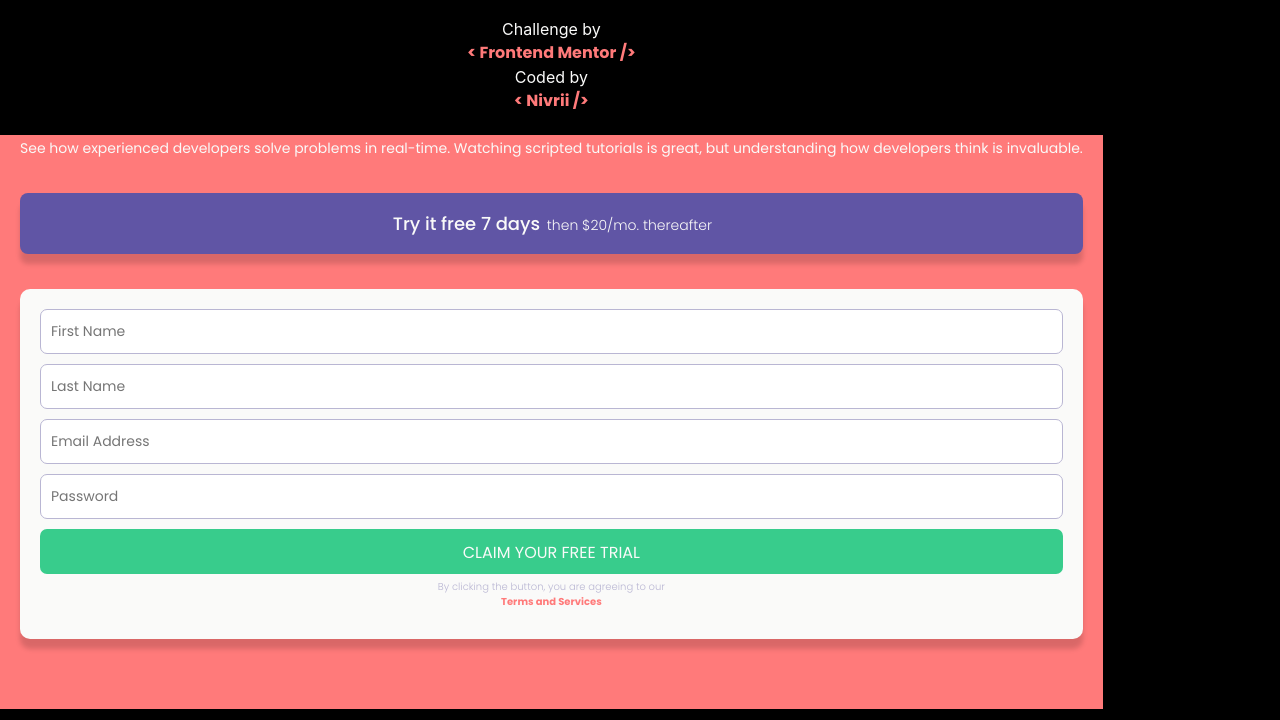
Repository: nivrii/intro-component-with-signup
Page: /
These files come from the project's save history. The page is drawn as it stood at one moment and after the next save; the edit follows.
The browser window is 1280 px wide. The pictures show the whole page.
The project was rebuilt for these pictures with package versions that can differ from the ones it lists, and the page was loaded fresh each time. Also part of the build but not shown: vite.config.js.

Above is the page before, as saved 2023-10-14 14:09:18.

### src/App.jsx
import { Footer } from './Footer/Footer';
import { Form } from './Form/Form';
import { Card } from './Card/Card';
import { Content } from './Content/Content';
import "./App.css";

function App() {

  return (
    <div className='UI'>
      <div className="container">
        <Content     />
        <Card     />
        <Form   />
      </div>
      <div className="close success">
        <h4>Thank you for signing up!</h4>
        <p>

        </p>
      </div>
      <Footer    />
    </div>
  );
}

export default App;

### src/Footer/Footer.jsx
import "./Footer.css";
export function Footer() {
  const frontend = '< Frontend Mentor />';
  const coder = "< Nivrii />";
  return (
    <footer>
      <p className="attribution">
        Challenge by{" "}
        <a
          href="https://www.frontendmentor.io?ref=challenge"
          target="_blank"
          rel="noreferrer"
        >
          {frontend}
        </a>
         Coded by{" "}
        <a href="https://github.com/nivrii/intro-component-with-signup">
          {coder}
        </a>
      </p>
    </footer>
  );
}

### src/Form/Form.jsx
import "./Form.css";
import { useState } from "react";
import errorIcon from "../../public/images/icon-error.svg";

export function Form() {
  const [fName, setFName] = useState("");
  const [lName, setLName] = useState("");
  const [email, setEmail] = useState("");
  const [password, setPassword] = useState("");

  const [fNameEmpty, setFNameEmpty] = useState(false);
  const [lNameEmpty, setLNameEmpty] = useState(false);
  const [emailEmpty, setEmailEmpty] = useState(false);
  const [passEmpty, setPassEmpty] = useState(false);

  const handleFirstName = (e) => {
    e.preventDefault();
    let value = e.target.value;
    value === "" ? setFNameEmpty(true) : setFNameEmpty(false);
    setFName(value);
  };
  const handleLastName = (e) => {
    e.preventDefault();
    let value = e.target.value;
    value === "" ? setLNameEmpty(true) : setLNameEmpty(false);
    setLName(value);
  };
  const handleEmail = (e) => {
    e.preventDefault();
    let value = e.target.value;
    value === "" ? setEmailEmpty(true) : setEmailEmpty(false);
    setEmail(value);
  };
  const handlePassword = (e) => {
    e.preventDefault();
    let value = e.target.value;
    value === "" ? setPassEmpty(true) : setPassEmpty(false);

    setPassword(value);
  };
  const handleSubmit = (e) => {
    e.preventDefault();
    if (fName === "") {
      setFNameEmpty(true);
      document.querySelector(".fName-input").classList.add("input-error");
      return
    }
    if (lName === "") {
      setLNameEmpty(true);
      document.querySelector(".lName-input").classList.add("input-error");
      return
    }
    if (email === "") {
      setEmailEmpty(true);
      document.querySelector(".email-input").classList.add("input-error");
      return
    }
    if (password === "") {
      setPassEmpty(true);
      document.querySelector(".password-input").classList.add("input-error");
      return
    }
     else {
      setFName("");
      setEmail("");
      setLName("");
      setPassword("");
      document.querySelector(".container").classList.add("close")
      document.querySelector(".success").classList.remove("close")
    }
    console.log(fName, lName, email, password)
  };

  return (
    <form action="submit" className="form" onSubmit={(e) => e.preventDefault()}>
      <div className="input-enclose">
        {fNameEmpty && (
          <img src={errorIcon} alt="error-icon" className="error-icon" />
        )}
        <input
          type="text"
          placeholder="First Name"
          value={fName}
          className="input fName-input"
          onChange={(e) => handleFirstName(e)}
          onKeyDown={() =>
            document
              .querySelector(".fName-input")
              .classList.remove("input-error")
          }
        />
        <div className="err-enclose">
          {fNameEmpty && (
            <div className=" err err-fName">First Name Cannot Be Empty</div>
          )}
        </div>
      </div>

      <div className="input-enclose">
        {lNameEmpty && (
          <img src={errorIcon} alt="error-icon" className="error-icon" />
        )}
        <input
          type="text"
          placeholder="Last Name"
          value={lName}
          className="input lName-input"
          onChange={(e) => handleLastName(e)}
          onKeyDown={() =>
            document
              .querySelector(".lName-input")
              .classList.remove("input-error")
          }
        />
        <div className="err-enclose">
          {lNameEmpty && (
            <div className=" err err-lName">Last Name Cannot Be Empty</div>
          )}
        </div>
      </div>

      <div className="input-enclose">
        {emailEmpty && (
          <img src={errorIcon} alt="error-icon" className="error-icon" />
        )}
        <input
          type="email"
          placeholder="Email Address"
          value={email}
          className="input email-input"
          onChange={(e) => handleEmail(e)}
          onKeyDown={() =>
            document
              .querySelector(".email-input")
              .classList.remove("input-error")
          }
        />
        <div className="err-enclose">
          {emailEmpty && (
            <div className="err err-email">Email Cannot Be Empty</div>
          )}
          <div className=" err miss-email">
            That does not look like an email
          </div>
        </div>
      </div>

      <div className="input-enclose">
        {passEmpty && (
          <img src={errorIcon} alt="error-icon" className="error-icon" />
        )}
        <input
          type="password"
          placeholder="Password"
          value={password}
          className="input password-input"
          onChange={(e) => handlePassword(e)}
          onKeyDown={() =>
            document
              .querySelector(".password-input")
              .classList.remove("input-error")
          }
        />
        <div className="err-enclose">
          {passEmpty && (
            <div className="  err err-password">Password Cannot Be Empty</div>
          )}
        </div>
      </div>

      <button type="submit" className="btn" onClick={(e) => handleSubmit(e)}>
        Claim your free trial
      </button>
      <div className="pWrap">
        <p>By clicking the button, you are agreeing to our</p>
        <p>Terms and Services</p>
      </div>
    </form>
  );
}

### src/Card/Card.jsx
import "./Card.css";
export function Card() {
  return (
      <div className="card__content">
        <p><span>Try it free 7 days </span>
        then $20/mo. thereafter</p>
      </div>
  );
}

### src/Content/Content.jsx
import "./Content.css";
export function Content() {
  return (
    <div className="content">
      <h4>Learn to code by watching others</h4>
      <p>
        See how experienced developers solve problems in real-time. Watching
        scripted tutorials is great, but understanding how developers think is
        invaluable.
      </p>
    </div>
  );
}

### src/App.css
* {
  box-sizing: border-box;
  border: 0;
  padding: 0;
}
:root {
  /*Primary colors*/
  --red: hsl(0, 100%, 74%);
  --green: hsl(154, 59%, 51%);
  /*Accent colors*/
  --blue: hsl(248, 32%, 49%);
  --white: #fafaf9;
  /*Neutral colors*/
  --dark-blue: hsl(249, 10%, 26%);
  --grayish-blue: hsl(246, 25%, 77%);
  /*typography*/
  --fSize: 14px;
  --w4: 400;
  --w5: 500;
  --w6: 600;
  --w7: 700;
}
@font-face {
  font-family: "Poppins-bold";
  src: url(./assets/Fonts/poppins/Poppins-Bold.otf) format("opentype");
}
@font-face {
  font-family: "Poppins-regular";
  src: url(./assets/Fonts/poppins/Poppins-Regular.otf) format("opentype");
}
@font-face {
  font-family: "Poppins-medium";
  src: url(./assets/Fonts/poppins/Poppins-Medium.otf) format("opentype");
}
@font-face {
  font-family: "Poppins-light";
  src: url(./assets/Fonts/poppins/Poppins-Light.otf) format("opentype");
}
body {
  background-color: #000;
}
.UI {
  display: grid;
  grid-template-columns: 1fr max-content 1fr;
  grid-template-rows: a a a, a a a, b b b;
}
.container {
  display: flex;
  flex-direction: column;
  align-items: center;
  justify-content: center;
  grid-area: a;
  width: 100%;
  background-color: var(--red);
  padding: 50px 20px 70px;
  margin: 0;
}
.close {
  display: none;
}

### src/Footer/Footer.css
@import url(../App.css);

footer {
  grid-area: b;
  width: 100%;
  height: 20vh;
  background-color: #000 !important;
  margin: -20px 0 0;
  padding: 10px;
}
.attribution {
  color: var(--white);
  font-family: "Poppins-regular" sans-serif;
  display: flex;
  flex-direction: column;
  text-align: center;
  & a {
    color: var(--red);
    font-family: "Poppins-bold", sans-serif;
    text-decoration: none;
    &:hover {
      color: var(--white);
      text-decoration: line-through;
    }
  }
}

### src/Form/Form.css
@import url(../App.css);

.form {
  display: flex;
  flex-direction: column;
  background-color: var(--white);
  width: 100%;
  margin-top: 15px;
  padding: 20px;
  gap: 10px;
  border-radius: 10px;
  box-shadow: 0 10px 5px rgba(0, 0, 0, 0.15);
  & .input,
  .btn {
    height: 45px;
    width: 100%;
    border-radius: 7px;
    font-family: "Poppins-regular", sans-serif;
    -webkit-transition: 0.5s;
    transition: 0.5s;
  }
  & .input-error {
    border: 1px solid var(--red) !important;
    color: var(--red) !important;
    outline: none;
    &:focus {
      border: 2px solid var(--red) !important;
    }
    &::placeholder {
      color: var(--red);
    }
  }
  & .input-enclose {
    display: flex;
    flex-direction: column;
    .input {
      border: 1px solid var(--grayish-blue);
      padding-left: 10px;
      font-size: var(--fSize);
    }
    & .err-enclose {
      display: flex;
      justify-content: flex-end;
      align-items: center;
      & .err {
        display: block;
        color: var(--red);
        border-radius: 7px;
        height: 15px;
        width: auto;
        margin-left: calc(100% - width);
        padding: 5px;
        font-size: 10px;
        font-family: "Poppins-light", sans-serif;
      }
      & .miss-email {
        display: none;
      }
    }
    & .error-icon {
      position: absolute;
      padding: 2px;
      right: 50px;
      width: 25px;
      height: 25px;
      margin-top: 10px;
      margin-right: 10px;
    }
  }
  & .btn {
    background-color: var(--green);
    color: var(--white);
    text-transform: uppercase;
    transition-duration: 0.3s;
    transition-timing-function: ease;
    &:hover {
      transform: scale(1.05);
    }
  }
  & .pWrap {
    padding: 10px;
    text-align: center;
    margin-top: -15px;
    & * {
      margin: 0;
      font-size: 10px;
    }
    & p:nth-child(1) {
      font-family: "Poppins-light", sans-serif;
      color: var(--grayish-blue);
    }
    & p:nth-child(2) {
      font-family: "Poppins-bold", sans-serif;
      color: var(--red);
    }
  }
}

### src/Card/Card.css
@import url(../App.css);

.card__content{
    width: 100%;
    background-color: var(--blue);
    border-radius: 8px;
    padding: 15px 40px;
    margin: 20px 0;
    box-shadow: 0 10px 5px rgba(0, 0, 0, 0.15);
    & *{
        color: var(--white);
        text-align: center;
        margin: 2px;
    }& span{
        font-size: 18px;
        font-family: 'Poppins-medium', sans-serif;
    }
    & p{
        font-family: 'Poppins-light', sans-serif;
        font-size: var(--fSize);

    }
}

### src/Content/Content.css
@import url(../App.css);

.content {
  & * {
    color: var(--white);
    text-align: center;
  }
  & h4 {
    font-size: 25px;
    margin: 20px;
    font-family: 'Poppins-bold', sans-serif;
  }
  & p {
    font-size: var(--fSize);
    font-family: 'Poppins-regular', sans-serif;
  }
}

Loaded but not shown: index.html (common file); src/main.jsx (common file); src/index.css (common file)

After the next save:
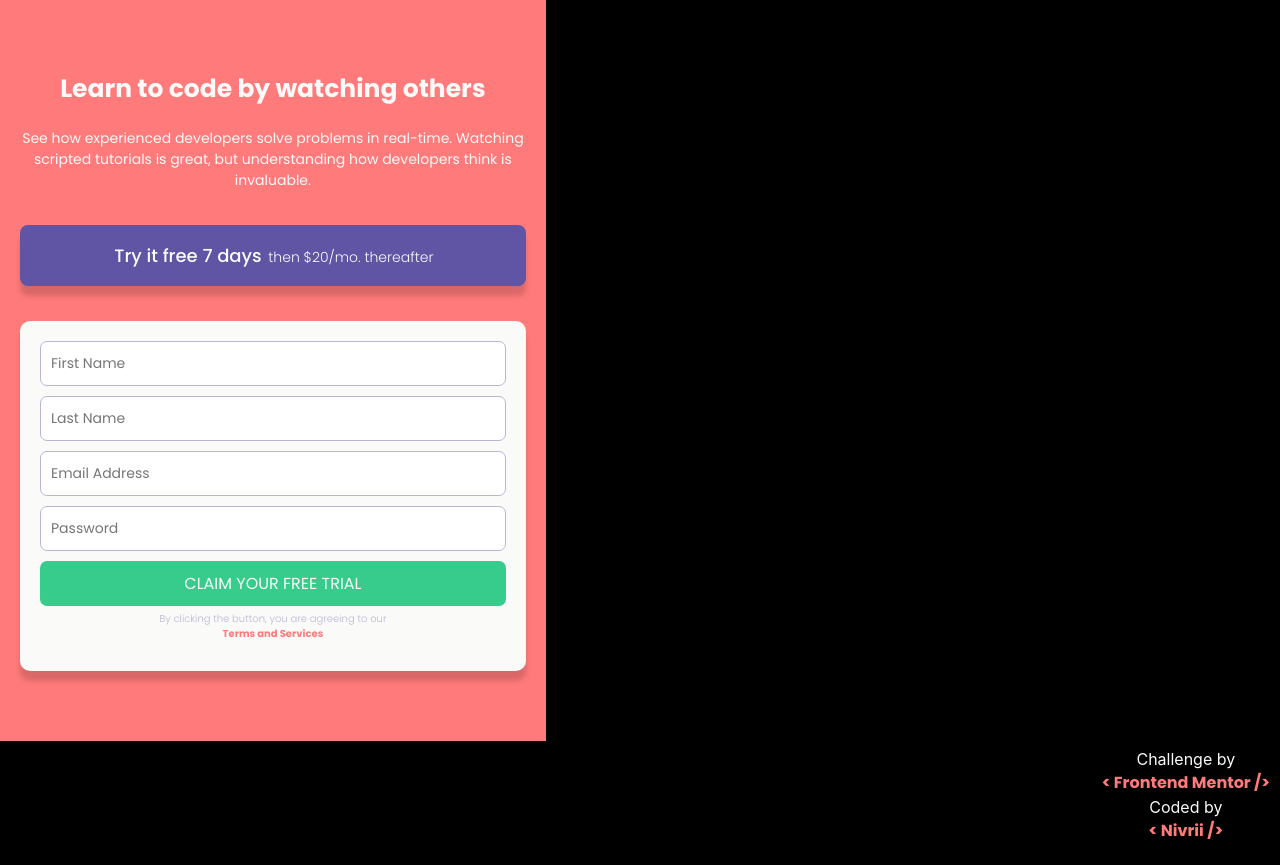
Saved 21 s later.
--- a/src/App.css
+++ b/src/App.css
@@ -49,7 +49,6 @@ body {
   flex-direction: column;
   align-items: center;
   justify-content: center;
-  grid-area: a;
   width: 100%;
   background-color: var(--red);
   padding: 50px 20px 70px;
